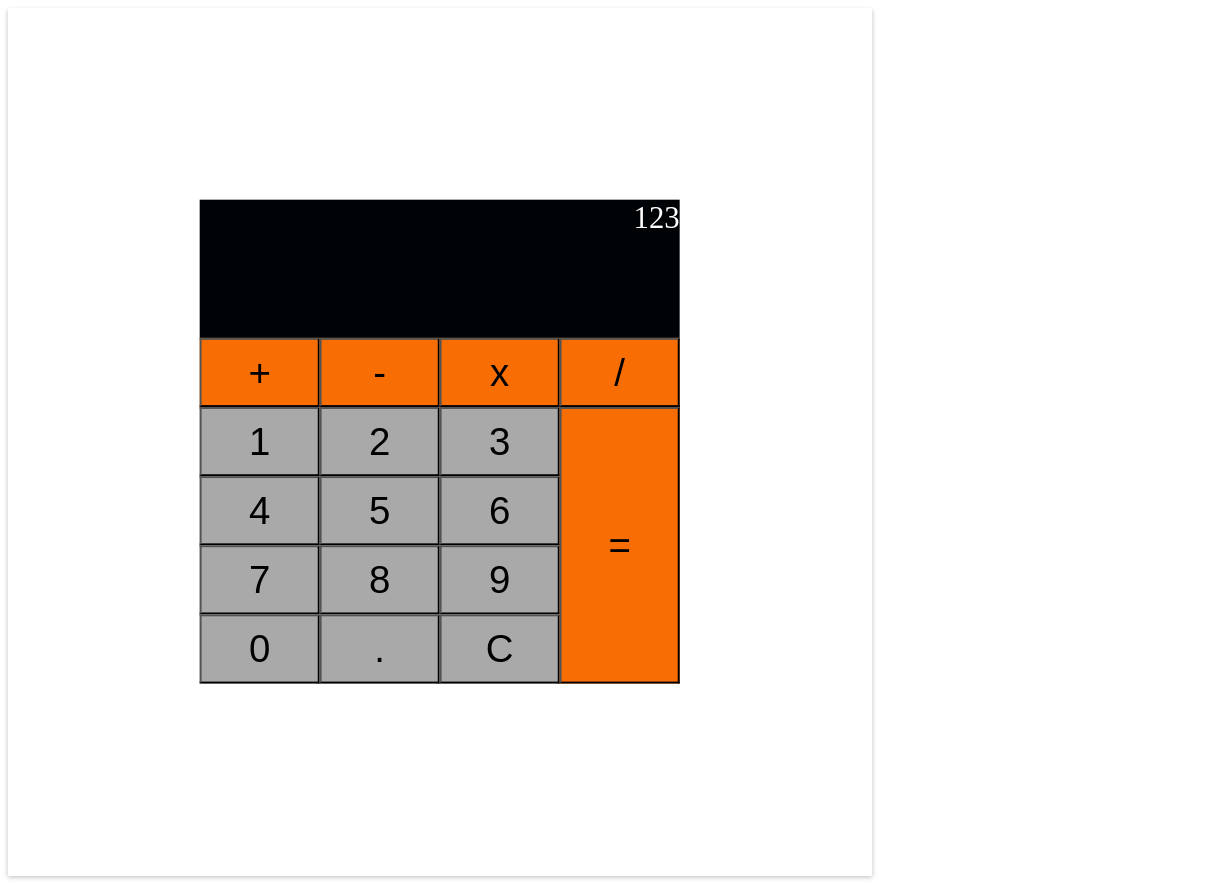
Repository: TEazy2433/LAB-calculator
Page: index.html
These files come from the project's save history. The page is drawn as it stood at one moment and after the next save; the edit follows.
The browser window is 1280 px wide. The pictures show the whole page, at 96% of full size.

Above is the page before, as saved 2023-10-14 11:48:39.

### index.html
<!DOCTYPE html>
<html lang="en">
<head>
  <meta charset="UTF-8">
  <meta name="viewport" content="width=device-width, initial-scale=1.0">
  <title>calculator</title>
  <link rel="stylesheet" href="main.css">


</head>
<body>
  <div class="calculator">
    <div class="display">123</div>
    <div class="calculator_keys">
      <button class="calculator_key key--operator">+</button>
      <button class="calculator_key key--operator">-</button>
      <button class="calculator_key key--operator">x</button>
      <button class="calculator_key key--operator">/</button>
      <button class="calculator_key">1</button>
      <button class="calculator_key">2</button>
      <button class="calculator_key">3</button>
      <button class="calculator_key">4</button>
      <button class="calculator_key">5</button>
      <button class="calculator_key">6</button>
      <button class="calculator_key">7</button>
      <button class="calculator_key">8</button>
      <button class="calculator_key">9</button>
      <button class="calculator_key">0</button>
      <button class="calculator_key">.</button>
      <button class="calculator_key">C</button>
      <button class="calculator_key key--enter">=</button>
    </div>
  </div>

</body>
</html>

### main.css
.calculator{
  overflow: hidden;
  box-shadow: 0px 3px 6px 0px rgba(0, 0, 0, 0.15), 0px 2px 4px 0px rgba(0, 0, 0, 0.12);
  width: 500px;
  display: flex;
  flex-wrap: wrap;
  border-color: black ;
  padding: 200px;
}
.display{
  font-size: 2rem;
  text-align: end;
  background: hsl(210, 100%, 1%);
  color: hsl(255, 100%, 100%);
  width: 100%;
  height: 20vh;
  border-color: black;
}

.calculator_keys{
  display: grid;
  grid-template-columns: repeat(4,1fr);
  width: 500vh;
  height: 50vh;
  border-color: black;
}
.calculator_key{
  font-size: 40px;
  background: darkgrey;
  border-color: black
}
.key--operator{
  background: rgb(248, 110, 4);
}
.key--enter{
  grid-column: 4 / 5;
  grid-row: 2/ span 4;
  background-color: rgb(248, 110, 4);
}

After the next save:
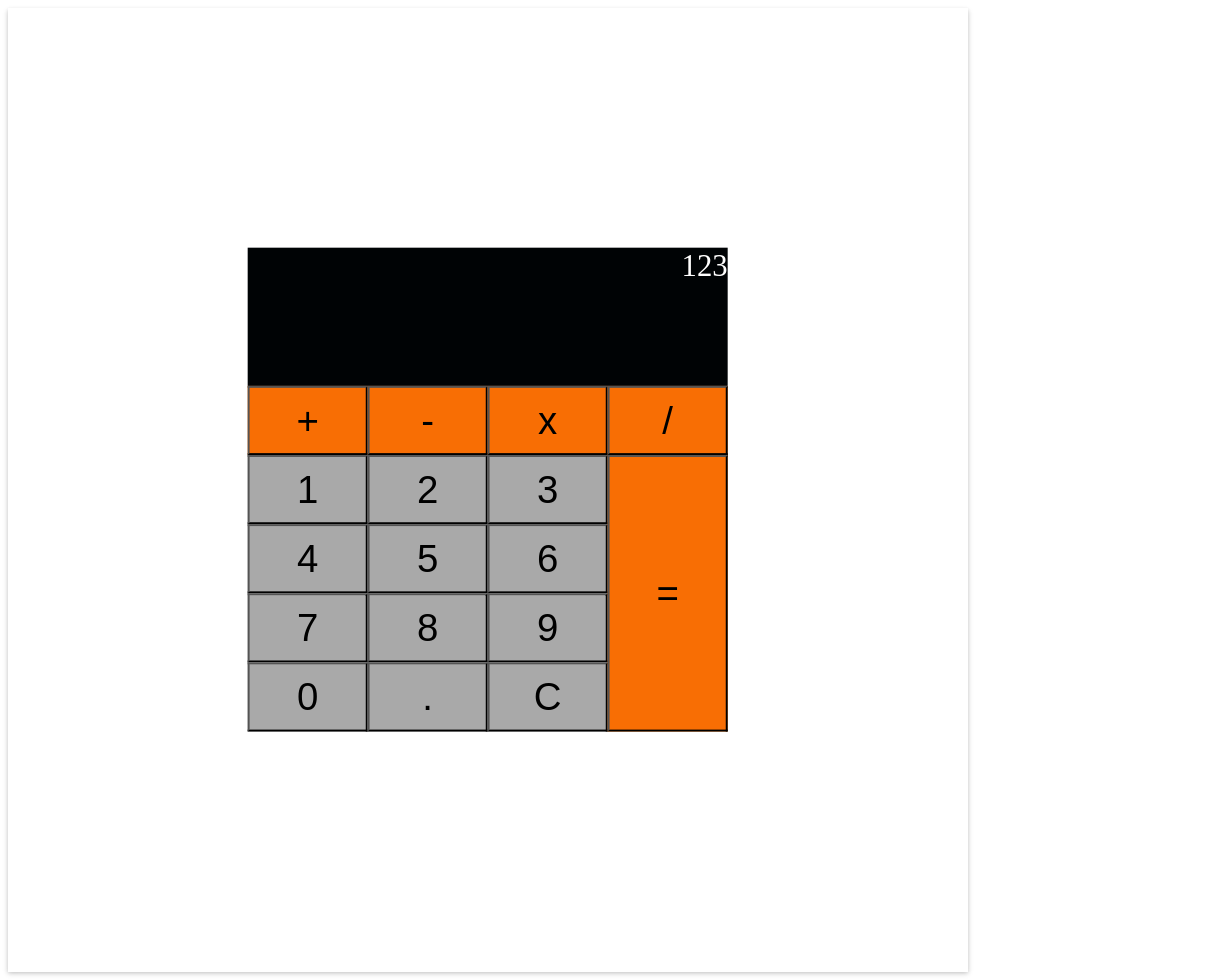
Saved 14 s later.
--- a/main.css
+++ b/main.css
@@ -5,7 +5,7 @@
   display: flex;
   flex-wrap: wrap;
   border-color: black ;
-  padding: 200px;
+  padding: 250px;
 }
 .display{
   font-size: 2rem;
